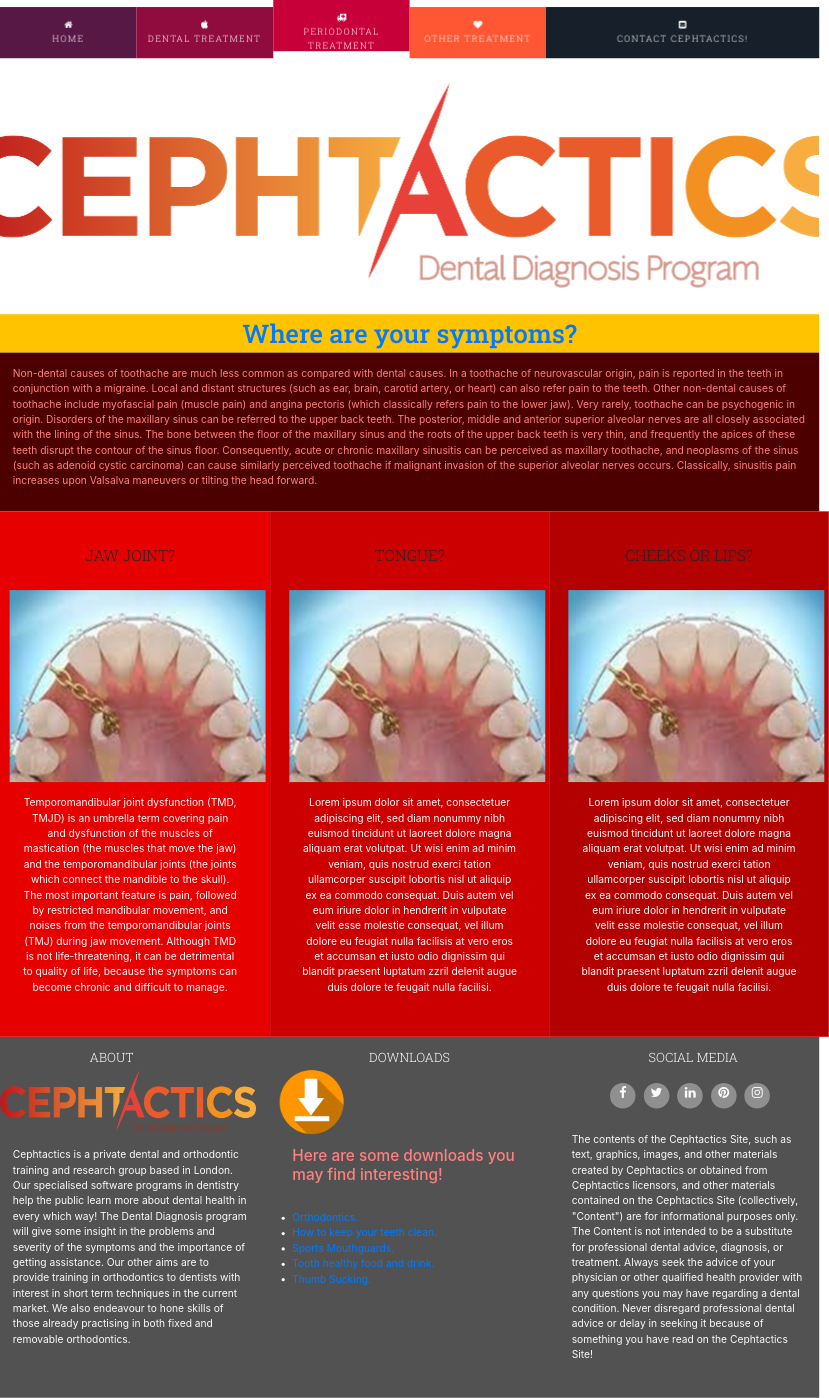
Repository: Code-Institute-Submissions/Rajjabbal-milestone-project
Page: 3other.html
The author's editor kept a record of every edit. The page is drawn from the files as they stood at one moment, then again after the next edit.
The browser window is 1280 px wide. The page is 1295 px wide, so the pictures cover 1295 px, including what lies to the right of the window. The pictures show the whole page, at 64% of full size.
Some web libraries are served in a nearby version.

Above is the page before.

### 3other.html
<!DOCTYPE html>
<html lang="en">

<head>
    <meta charset="UTF-8">
    <meta name="viewport" content="width=device-width, initial-scale=1.0">
    <meta http-equiv="X-UA-Compatible" content="ie=edge">
    <link rel="stylesheet" href="https://stackpath.bootstrapcdn.com/bootstrap/4.2.1/css/bootstrap.min.css" type="text/css" />
    <link rel="stylesheet" href="https://stackpath.bootstrapcdn.com/font-awesome/4.7.0/css/font-awesome.min.css" type="text/css" />
    <link rel="stylesheet" href="assets/css/style.css" type="text/css" />
    <link rel="stylesheet" href="https://cdnjs.cloudflare.com/ajax/libs/hover.css/2.3.1/css/hover-min.css" type="text/css" />
    <title>Milestone Project 1</title>
</head>

<body>
    <header>
        <div class="row no-gutters">
            <div class="col-md-12">
                <ul id="nav" class="list-inline menucontainer">
                    <li class="col-sm-2 ui-menu-color-home list-inline-item menuitem">
                        <a href="#" class="hvr-sweep-to-bottom"><i class="fa fa-home" aria-hidden="true"></i><span>Home</span>
                        </a>
                    </li>
                    <li class="col-sm-2 ui-menu-color-dental list-inline-item menuitem">
                        <a href="#" class="hvr-sweep-to-bottom"><i class="fa fa-apple" aria-hidden="true"></i><span>Dental Treatment</span>
                        </a>
                    </li>
                    <li class="col-sm-2 ui-menu-color-periodontal list-inline-item menuitem">
                        <a href="#" class="hvr-sweep-to-bottom"><i class="fa fa-ambulance" aria-hidden="true"></i><span>Periodontal Treatment</span>
                        </a>
                    </li>
                    <li class="col-sm-2 ui-menu-color-other list-inline-item menuitem">
                        <a href="#" class="hvr-sweep-to-bottom"><i class="fa fa-heart" aria-hidden="true"></i><span>Other Treatment</span>
                        </a>
                    </li>
                    <li class="col-sm-4 ui-menu-color-contact list-inline-item menuitem">
                        <a href="#" class="hvr-sweep-to-bottom"><i class="fa fa-envelope-square" aria-hidden="true"></i><span>Contact Cephtactics!</span>
                        </a>
                    </li>
                </ul>
            </div>
        </div>
        <div class="row no-gutters">
            <a href="index.html" class="col-md-12 logo"></a>
        </div>
        <div class="row no-gutters bg-color-question">
            <div class="col-md-12 question">
                <a href="question"> Where are your symptoms?</a>
            </div>
        </div>

    </header>

    <section class="container-fluid">
        <div class="blurb">
            <p>Non-dental causes of toothache are much less common as compared with dental causes. In a toothache of neurovascular origin, pain is reported in the teeth in conjunction with a migraine. Local and distant structures (such as ear, brain, carotid
                artery, or heart) can also refer pain to the teeth. Other non-dental causes of toothache include myofascial pain (muscle pain) and angina pectoris (which classically refers pain to the lower jaw). Very rarely, toothache can be psychogenic
                in origin. Disorders of the maxillary sinus can be referred to the upper back teeth. The posterior, middle and anterior superior alveolar nerves are all closely associated with the lining of the sinus. The bone between the floor of the
                maxillary sinus and the roots of the upper back teeth is very thin, and frequently the apices of these teeth disrupt the contour of the sinus floor. Consequently, acute or chronic maxillary sinusitis can be perceived as maxillary toothache,
                and neoplasms of the sinus (such as adenoid cystic carcinoma) can cause similarly perceived toothache if malignant invasion of the superior alveolar nerves occurs. Classically, sinusitis pain increases upon Valsalva maneuvers or tilting
                the head forward.
            </p>
        </div>

        <div class="row">
            <div class="col-md-4 bg-color-dental section-column">
                <h4 class="section-heading uppercase">Jaw Joint?</h4>
                <img src="./assets/images/Image.png" alt="Italian Trulli" style="width:400px; height:300px;">
                <p class="inline-block">Temporomandibular joint dysfunction (TMD, TMJD) is an umbrella term covering pain and dysfunction of the muscles of mastication (the muscles that move the jaw) and the temporomandibular joints (the joints which connect the mandible to
                    the skull). The most important feature is pain, followed by restricted mandibular movement, and noises from the temporomandibular joints (TMJ) during jaw movement. Although TMD is not life-threatening, it can be detrimental to quality
                    of life, because the symptoms can become chronic and difficult to manage.</p>
            </div>
            <div class="col-md-4 bg-color-periodontal section-column">
                <h4 class="section-heading uppercase">Tongue?</h4>
                <img src="./assets/images/Image.png" alt="Italian Trulli" style="width:400px; height:300px;">
                <p class="inline-block">Lorem ipsum dolor sit amet, consectetuer adipiscing elit, sed diam nonummy nibh euismod tincidunt ut laoreet dolore magna aliquam erat volutpat. Ut wisi enim ad minim veniam, quis nostrud exerci tation ullamcorper suscipit lobortis nisl
                    ut aliquip ex ea commodo consequat. Duis autem vel eum iriure dolor in hendrerit in vulputate velit esse molestie consequat, vel illum dolore eu feugiat nulla facilisis at vero eros et accumsan et iusto odio dignissim qui blandit praesent
                    luptatum zzril delenit augue duis dolore te feugait nulla facilisi.</p>
            </div>
            <div class="col-md-4 bg-color-other section-column">
                <h4 class="section-heading uppercase">Cheeks or lips?</h4>
                <img src="./assets/images/Image.png" alt="Italian Trulli" style="width:400px; height:300px;">
                <p class="inline-block">Lorem ipsum dolor sit amet, consectetuer adipiscing elit, sed diam nonummy nibh euismod tincidunt ut laoreet dolore magna aliquam erat volutpat. Ut wisi enim ad minim veniam, quis nostrud exerci tation ullamcorper suscipit lobortis nisl
                    ut aliquip ex ea commodo consequat. Duis autem vel eum iriure dolor in hendrerit in vulputate velit esse molestie consequat, vel illum dolore eu feugiat nulla facilisis at vero eros et accumsan et iusto odio dignissim qui blandit praesent
                    luptatum zzril delenit augue duis dolore te feugait nulla facilisi.</p>
            </div>
        </div>

    </section>

    <footer class="container-fluid">
        <div class="row">
            <div class="col-sm-4">
                <h5 class="uppercase general-sub">About</h5>
                <img src="./assets/images/CEP-Logo DENTAL.png" alt="Italian Trulli" style="width:400px; height:100px;">
                <p class="inline-block">
                    Cephtactics is a private dental and orthodontic training and research group based in London. Our specialised software programs in dentistry help the public learn more about dental health in every which way! The Dental Diagnosis program will give some
                    insight in the problems and severity of the symptoms and the importance of getting assistance. Our other aims are to provide training in orthodontics to dentists with interest in short term techniques in the current market. We also
                    endeavour to hone skills of those already practising in both fixed and removable orthodontics.
                </p>
            </div>
            <div class="col-sm-4">
                <h5 class="uppercase general-sub">Downloads</h5>
                <img src="./assets/images/Download.jpg" alt="Italian Trulli" style="width:100px; height:100px;">
                <h4 class="download">Here are some downloads you may find interesting!
                </h4>
                <ul class="inline-block">
                    <li>
                        <a href="https://view.publitas.com/british-orthodontic-society/orthotreatmentfebruary2019/page/1" target="_blank" class="link1">
                        <span>Orthodontics.</span>
                    </a>
                    </li>
                    <li>
                        <a href="https://view.publitas.com/british-orthodontic-society/oralhealthmarch2019/page/1" target="_blank" class="link2">
                        <span>How to keep your teeth clean.</span>
                    </a>
                    </li>
                    <li>
                        <a href="https://view.publitas.com/british-orthodontic-society/mouthguardsmarch2019/page/1" target="_blank" class="link3">
                        <span>Sports Mouthguards.</span>
                    </a>
                    </li>
                    <li>
                        <a href="https://view.publitas.com/british-orthodontic-society/food-and-drinkmarch2019/page/1" target="_blank" class="link4">
                        <span>Tooth healthy food and drink.</span>
                    </a>
                    </li>
                    <li>
                        <a href="https://view.publitas.com/british-orthodontic-society/digitsmarch2019/page/1" target="_blank" class="link5">
                        <span>Thumb Sucking.</span>
                    </a>
                    </li>
                </ul>
            </div>
            <div class="col-sm-4">
                <h5 class="uppercase general-sub">Social Media</h5>
                <ul class="list-inline social-links">
                    <li class="list-inline-item">
                        <a target="_blank" href="#">
                            <i class="fa fa-facebook" aria-hidden="true"></i>
                            <span class="sr-only">Facebook</span>
                        </a>
                    </li>
                    <li class="list-inline-item">
                        <a target="_blank" href="#">
                            <i class="fa fa-twitter" aria-hidden="true"></i>
                            <span class="sr-only">Twitter</span>
                        </a>
                    </li>
                    <li class="list-inline-item">
                        <a target="_blank" href="#">
                            <i class="fa fa-linkedin" aria-hidden="true"></i>
                            <span class="sr-only">Linkedin</span>
                        </a>
                    </li>
                    <li class="list-inline-item">
                        <a target="_blank" href="#">
                            <i class="fa fa-pinterest" aria-hidden="true"></i>
                            <span class="sr-only">Pinterest</span>
                        </a>
                    </li>
                    <li class="list-inline-item">
                        <a target="_blank" href="#">
                            <i class="fa fa-instagram" aria-hidden="true"></i>
                            <span class="sr-only">Instagram</span>
                        </a>
                    </li>
                </ul>
                <p class="inline-block">The contents of the Cephtactics Site, such as text, graphics, images, and other materials created by Cephtactics or obtained from Cephtactics licensors, and other materials contained on the Cephtactics Site (collectively, "Content") are
                    for informational purposes only. The Content is not intended to be a substitute for professional dental advice, diagnosis, or treatment. Always seek the advice of your physician or other qualified health provider with any questions
                    you may have regarding a dental condition. Never disregard professional dental advice or delay in seeking it because of something you have read on the Cephtactics Site!</p>
            </div>

        </div>

    </footer>

</body>

</html>

### assets/css/style.css
@import url('https://fonts.googleapis.com/css?family=Roboto+Slab:100,200,300,400,500,600,700');

/*-----colors-----*/

.bg-color-question {
    background-color: #FFC300;

}

.ui-menu-color-home {
    background-color: RGB(88, 24, 69);
}

.ui-menu-color-dental {
    background-color: RGB(144, 12, 63);
}

.ui-menu-color-periodontal {
    background-color: RGB(199, 0, 57);
}

.ui-menu-color-other {
    background-color: RGB(255, 87, 51);
}

.ui-menu-color-contact {
    background-color: RGB(23, 32, 42);
}

.bg-color-dental {
    background-color: #e60000;
}
.bg-color-periodontal {
    background-color: #cc0000;
}
.bg-color-other {
    background-color: #b30000;
}

/*-----Special paddings/margins/text-----*/

h1,
h2,
h3,
h4 {
    margin: 0;
}

.uppercase {
    text-transform: uppercase;

}

.general-sub {
    font-family: "Roboto Slab", sans-serif;
    font-weight: 300;
    color: #fafafa;
    padding-left: 140px;
}

.inline-block {
    display: inline-block;
}

.row-table {
    display: table;
}

.section-column {
    display: table-cell;
    padding: 30px 30px;
    float: none;
}

.section-heading {
    font-family: "Roboto Slab", sans-serif;
    font-weight: 300;
    margin-top: 25px;
    margin-bottom: 40px;
}

/*-----heading-----*/

header {
    margin: 0px;
}


.list-inline-item {
    max-height: 80px;
    padding-top: 20px;


}

.menucontainer {
    font-size: 0;

}

#nav {
    margin: 0;
}

#nav li {
    font-size: 14px;
    font-family: "Roboto Slab", sans-serif;
    color: #DAF7A6;
    padding: 0px;
    margin: 0px;
}

.menuitem {
    height: 80px;
    text-align: center;


}

.menuitem a {
    width: 100%;
    text-decoration: none;
    color: #fff;

}

.menuitem a i {
    padding-top: 20px;
    display: block;
    color: #fafafa;

}

.menuitem span {
    display: block;
    width: 100%;
    padding-top: 5px;
    text-align: center;
    text-transform: uppercase;
    font-size: 14px;
    font-weight: 300;
    letter-spacing: 2px;

}



.logo {
    background: url("../images/CEP-Logo DENTAL.png");
    background-position: center;
    background-repeat: no-repeat;
    background-size: 1400px;
    min-height: 400px;
    padding: 0px;
    transition: all .5s ease-in-out;
    -moz-transition: all .5s ease-in-out;
    -webkit-transition: all .5s ease-in-out;
}

.picture {
    background: url("../images/BK.jpg");
    background-position: center;
    background-repeat: no-repeat;
    background-size: cover;
    min-height: 240px;
    transition: all .5s ease-in-out;
    -moz-transition: .5s ease-in-out;
    -webkit-transition: .5s ease-in-out;
}

.question {
    font-family: "Roboto Slab", sans-serif;
    font-weight: 500;
    font-size: 40px;
    margin: 0px;
    color: #ffffff;
    text-align: center;
}

/*-----hover.css-----*/

.hvr-sweep-to-bottom:before {
    background: rgba(0, 0, 0, 1);
    height: 80px;
    padding: 0px;
}

/*-----section-----*/

.container-fluid {
    padding-left: 0px;
    padding-right: 0px;
}

.blurb {
    background-color: #4d0000;
    min-height: 200px;
    padding: 20px;
    color: #ff8080;

}

.section-column {
    text-align: center
}

.form {
    padding: 50px;
}

.query-box {
    background-color: RGB(255, 87, 51);
}

#textboxid
{
    height:200px;
    width: 800px;

}

/*-----footer-----*/

footer {
    padding: 20px;
    background-color: #525252;
    color: #fafafa;
    min-height: 180px;
    margin: 0;
}

.cephtactics {
    padding-left: 20px;
}

.inline-block {
    padding: 20px;
    color: #fafafa;
}

.download {
    padding: 20px;
    color: #ff8080;
}

.download-pic {
    padding-left: 150px;
}

.social-links {
    padding-top: 0px;
    padding-left: 80px;
}

.social-links li a i {
    width: 40px;
    height: 40px;
    padding: 12px 0;
    border-radius: 50%;
    font-size: 20px;
    line-height: 7px;
    text-align: center;
    color: #fafafa;
    background: #8f8f8f;
    transition: all 0.35s ease-in-out;
    -moz-transition: all 0.35s ease-in-out;
    -webkit-transition: all 0.35s ease-in-out;
    -o-transition: all 0.35s ease-in-out;
}

.social-links li a i:hover {
    background: #e84610;
}

#footer-details {
    padding: 20px;
}

After the next edit:
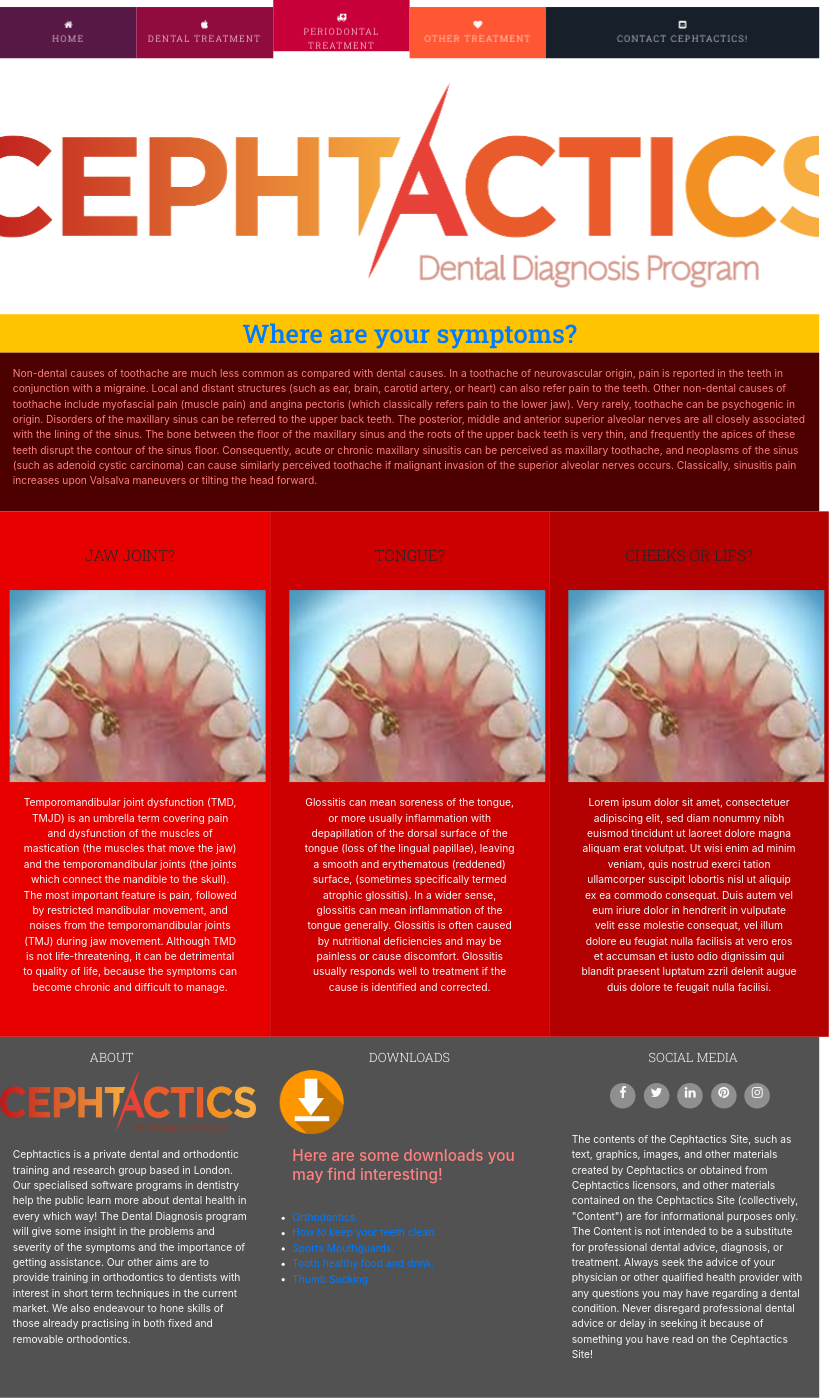
The edit:
--- a/3other.html
+++ b/3other.html
@@ -73,9 +73,9 @@
             <div class="col-md-4 bg-color-periodontal section-column">
                 <h4 class="section-heading uppercase">Tongue?</h4>
                 <img src="./assets/images/Image.png" alt="Italian Trulli" style="width:400px; height:300px;">
-                <p class="inline-block">Lorem ipsum dolor sit amet, consectetuer adipiscing elit, sed diam nonummy nibh euismod tincidunt ut laoreet dolore magna aliquam erat volutpat. Ut wisi enim ad minim veniam, quis nostrud exerci tation ullamcorper suscipit lobortis nisl
-                    ut aliquip ex ea commodo consequat. Duis autem vel eum iriure dolor in hendrerit in vulputate velit esse molestie consequat, vel illum dolore eu feugiat nulla facilisis at vero eros et accumsan et iusto odio dignissim qui blandit praesent
-                    luptatum zzril delenit augue duis dolore te feugait nulla facilisi.</p>
+                <p class="inline-block">Glossitis can mean soreness of the tongue, or more usually inflammation with depapillation of the dorsal surface of the tongue (loss of the lingual papillae), leaving a smooth and erythematous (reddened) surface, (sometimes specifically
+                    termed atrophic glossitis). In a wider sense, glossitis can mean inflammation of the tongue generally. Glossitis is often caused by nutritional deficiencies and may be painless or cause discomfort. Glossitis usually responds well
+                    to treatment if the cause is identified and corrected.</p>
             </div>
             <div class="col-md-4 bg-color-other section-column">
                 <h4 class="section-heading uppercase">Cheeks or lips?</h4>
